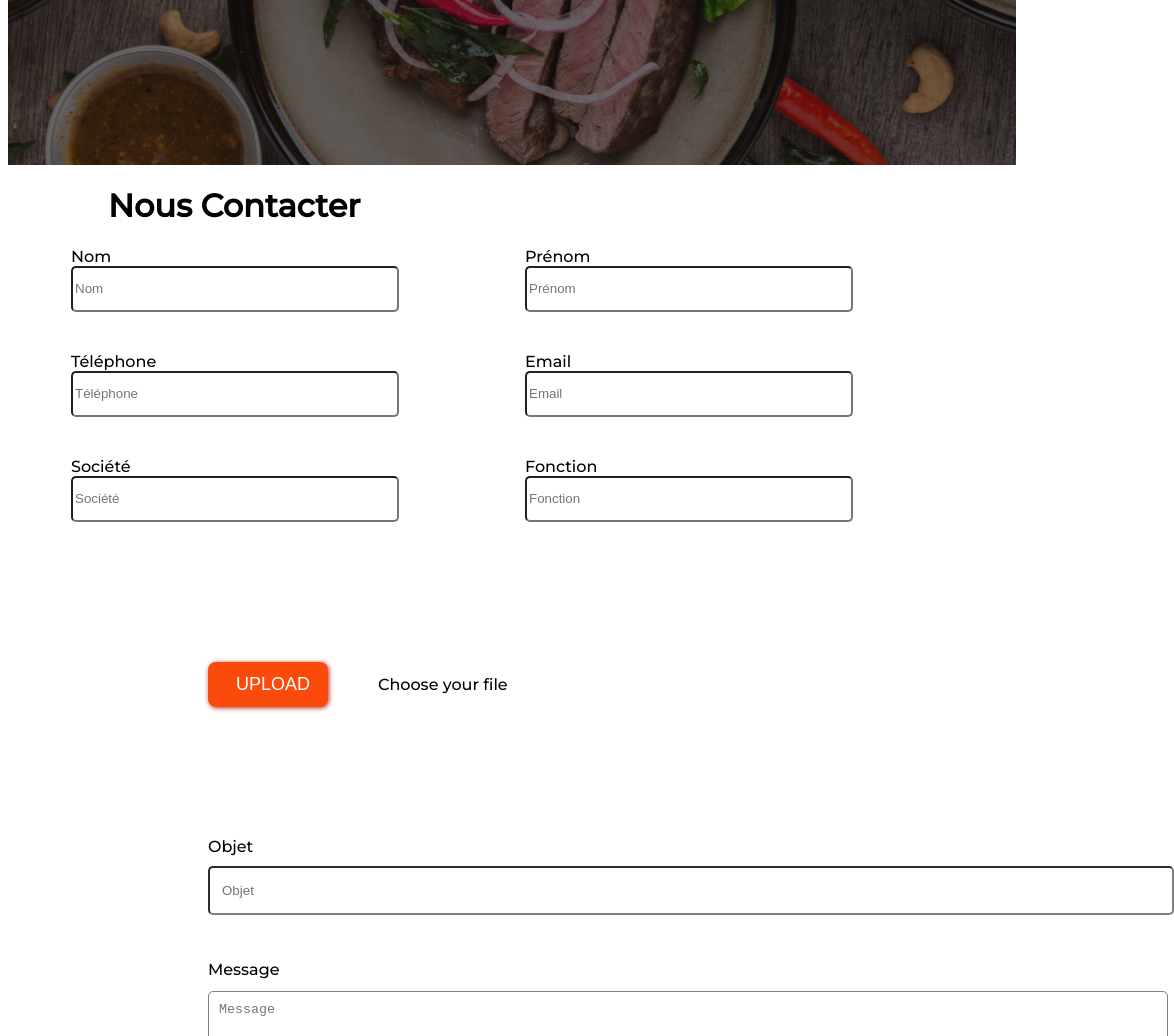
Repository: Ahlam-belhadj/bella-olange
Page: index3.html
The author's editor kept a copy of each file at every save. The page is drawn from the files as they stood at one save, then again after the next save.
The browser window is 1024 px wide. The page is 1174 px wide, then 1166 px, so the pictures cover 1174 px, including what lies to the right of the window. The pictures show the part of the page from y = 542 to 1578 px (the page is 2420 px tall before and 2291 px after).

Above is the page before, as saved 2023-02-12 21:14:12.

### index3.html
<!DOCTYPE html>
<html lang="en">

<head>
    <meta charset="UTF-8">
    <meta http-equiv="X-UA-Compatible" content="IE=edge">
    <meta name="viewport" content="width=device-width, initial-scale=1.0">
    <link rel="stylesheet" href="style3.css">
    <script src="https://www.google.com/recaptcha/api.js" async defer></script>
    <title>Bella olanje</title>
</head>

<body>
    <header>
        <nav>
            <div class="logo"><img  class="logo" src="image/logo_bella_olonje.png" alt="logo"></div>
            <ul>
                <li><a href="#" class="nav-link">Home</a></li>
                <li><a href="#" class="nav-link">Pizza</a></li>
                <li><a href="#" class="nav-link">Burgers</a></li>
                <li><a href="#" class="nav-link">Salade</a></li>
                <li><a href="#" class="nav-link">Contact</a></li>

            </ul>
            <div class="icon_navbar">
                <label for="click" class="menu-btn">
                  <i class="fas fa-bars"></i>
                </label>
            </div>
          </nav>

        <div class="title">
            <div class="texte">
                <h3>Food app</h3>
                <h1>Chez Bella <br>
                    chaque désire s'additionne.</h1>
            </div>
        </div>
    </header>
    <main>
    <div class="information">
        <form>
            <h1>Nous Contacter</h1>
            <div class="commande">
                <div class="info1">
                    <div class="label">
                        <label>Nom</label>
                        <br>
                        <input type="text" placeholder="Nom">
                    </div>
                    <div class="label">
                        <label>Prénom</label>
                        <br>
                        <input type="text" placeholder="Prénom">
                    </div>
                </div>
                <div class="info2">
                    <div class="label">
                        <label>Téléphone</label>
                        <br>
                        <input type="text" placeholder="Téléphone">
                    </div>
                    <div class="label">
                        <label>Email</label>
                        <br>
                        <input type="email" placeholder="Email">
                    </div>
                </div>
                <div class="info1">
                    <div class="label">
                        <label>Société</label>
                        <br>
                        <input type="text" placeholder="Société">
                    </div>
                    <div class="label">
                        <label>Fonction</label>
                        <br>
                        <input type="email" placeholder="Fonction">
                    </div>
                </div>

            </div>
        </form>
    </div>


    <div class="chose">
        <div class="div_button">
            <button class="button1" type="button">UPLOAD</button>
            <p>Choose your file</p>
        </div>
    </div>

    <div>
        <div class="g-recaptcha" data-sitekey="6Lff4ygkAAAAABA1RWNuq8ewgkRZaDD-yAWqFs1t"></div>
    </div>

    <div class="grp_choose">
        <div class="choose_message">
            <div class="label_choose">
                <label>Objet</label><br>
                <input type="text" placeholder="Objet">
            </div>
            <div class="label_message">
                <label>Message</label><br>
                <textarea placeholder="Message"></textarea>
            </div>
        </div>
    </div>


    <div class="maps">
        <iframe
            src="https://www.google.com/maps/embed?pb=!1m18!1m12!1m3!1d6464.54830951471!2d2.4294808287259815!3d48.785241545980085!2m3!1f0!2f0!3f0!3m2!1i1024!2i768!4f13.1!3m3!1m2!1s0x47e67344bd2d57f1%3A0x2a84a845271b523a!2sAFPA!5e0!3m2!1sfr!2sfr!4v1674668360985!5m2!1sfr!2sfr"
            width="600" height="450" style="border:0;" allowfullscreen="" loading="lazy"
            referrerpolicy="no-referrer-when-downgrade"></iframe>
    </div>


    <div class="button1">
        <button class="button">Envoyer</button>
    </div>
</main>
</body>

</html>

### style3.css
@import url('https://fonts.googleapis.com/css2?family=Montserrat:wght@100;200;500&display=swap');

body {
    font-family: Montserrat, sans-serif;
}


.logo {
    height: 80px;
}

nav {
    display: flex;
    height: 80px;
    width: 100%;
    background: white;
    align-items: center;
    justify-content: space-between;
    padding: 0 50px 0 100px;
    flex-wrap: wrap;
}

nav .logo {
    color: #fff;
    font-size: 20px;
    text-transform: uppercase;
    text-decoration: none;
}

nav a {
    color: #fff;
    text-decoration: none;
}

nav ul {
    display: flex;
    flex-wrap: wrap;
    list-style: none;

}

nav ul li {
    margin: 0 5px;
}

nav ul li a {
    color: black;
    text-decoration: none;
    font-size: 16px;
    font-weight: 500;
    padding: 8px 15px;
    border-radius: 5px;
    letter-spacing: 1px;
    transition: all 0.3s ease;
}

nav .icon_navbar {
    display: flex;
}



nav .menu-btn i {
    color: #050505;
    font-size: 22px;
    cursor: pointer;

}

input[type="checkbox"] {
    display: none;
}

@media (max-width: 1000px) {
    nav {
        padding: 0 40px 0 50px;
    }

    nav .logo {
        color: #fff;
        font-size: 16px;
        text-transform: uppercase;
    }
}

@media (max-width: 1250px) {
    nav .menu-btn i {
        display: block;
    }

    #click:checked~.menu-btn i:before {
        content: "\f00d";
    }

    nav ul {
        position: fixed;
        top: 80px;
        right: -100%;
        background: #C81100;
        height: 100vh;
        width: 60%;
        text-align: center;
        display: block;
        transition: all 0.3s ease;
    }

    #click:checked~ul {
        right: 0;
    }

    nav ul li {
        width: 100%;
        margin: 40px 0;
    }

    nav ul li a {
        width: 100%;
        display: block;
        font-size: 20px;
        transition: 0.6s cubic-bezier(0.68, -0.55, 0.265, 1.55);
    }

    #click:checked~ul li a {
        margin-left: 0px;
    }

    nav ul li a.active,
    nav ul li a:hover {
        background: none;
        color: #1E1E1E;
    }
}

.title {
    background-image: url(image/Rectangle\ 48.png);
    height: 619px;
    background-repeat: no-repeat;
    background-position: center;
    background-size: cover;



}

.texte {
    color: white;
    display: flex;
    align-items: center;
    justify-content: center;
    flex-direction: column;
    text-align: center;
    height: 50%;
}

/* header */

h1 {
    padding-left: 100px;
}


h2 {
    text-align: center;
    padding-bottom: 20px;
}

.info1 {
    display: flex;
    justify-content: space-around;
    padding-right: 100px;
}

.info2 {
    display: flex;
    justify-content: space-around;
    padding-right: 100px;
}

input {
    width: 320px;
    height: 40px;
    border-radius: 5px;
    margin-bottom: 40px;

}


.maps {
    display: flex;

    padding-left: 200px;
}

iframe {
    width: 941px;
    height: 500px;
    left: 100px;
    top: 1875px;

}


/* button */
button {
    border: 0;
    line-height: 2.5;
    width: 120px;
    padding: 0 18px;
    font-size: 18px;
    text-align: center;
    color: #fff;
    border-radius: 20px;
    background-color: #FA4A0C;
    box-shadow: 1px 1px 5px #B73227;


}

.button1 {
    display: flex;
    justify-content: end;
    margin: 50px 0px 35px 100px;
    border-radius: 8px;
}

p {
    margin-top: 63px;
    margin-left: 50px;
}

.btn {
    display: flex;
}


.div_button {
    padding: 50px 0px 35px 100px;
    display: flex;
}

/* button */


.chose {
    display: flex;
}

.grp_choose {
    padding-left: 200px;
}

.label_choose input {
    width: 938px;
    height: 35px;
    margin-bottom: 20px;
    margin-top: 10px;
    padding: 5px 12px;
    color: grey;
    border-radius: 5px;
    border-color: gray;
}

.label_message {
    padding-top: 25px;
}

textarea {
    width: 938px;
    height: 141px;
    margin-bottom: 20px;
    color: grey;
    border-color: gray;
    margin-top: 12px;
    padding: 10px 10px 80px;
    outline: none;
    border-radius: 5px;
    resize: none;
}

.g-recaptcha {
    padding-left: 200px;
    margin-bottom: 60px;
}

@media (max-width:650px) {
    .info1 {
        display: flex;
        flex-direction: column;
        padding-left: 15%;
    }

    .info2 {
        display: flex;
        flex-direction: column;
        padding-left: 15%;
    }
    .chose {

        padding-left: 20%;
      }

    .div_button {
        padding: 0px;
    }

    .g-recaptcha {
        margin-top: 40px;
        padding-left: 20%;
    }

    .grp_choose {
        /* padding-left: 0px; */
        padding-left: 15%;
    }

    .label_choose input {
        width: 300px;
    }

    textarea {
        width: 300px;
    }

    .maps {
        padding-left: 0px;
    }

    iframe {
        width: 400px;
        height: 200px;
        top: 1875px;
        padding-left: 10%;

    }

    .button1 {

        justify-content: center;
        margin: 50px 0px 0px 0px;

      }
}

@media screen and (min-width:651px) and (max-width:1199px) {




}

After the next save:
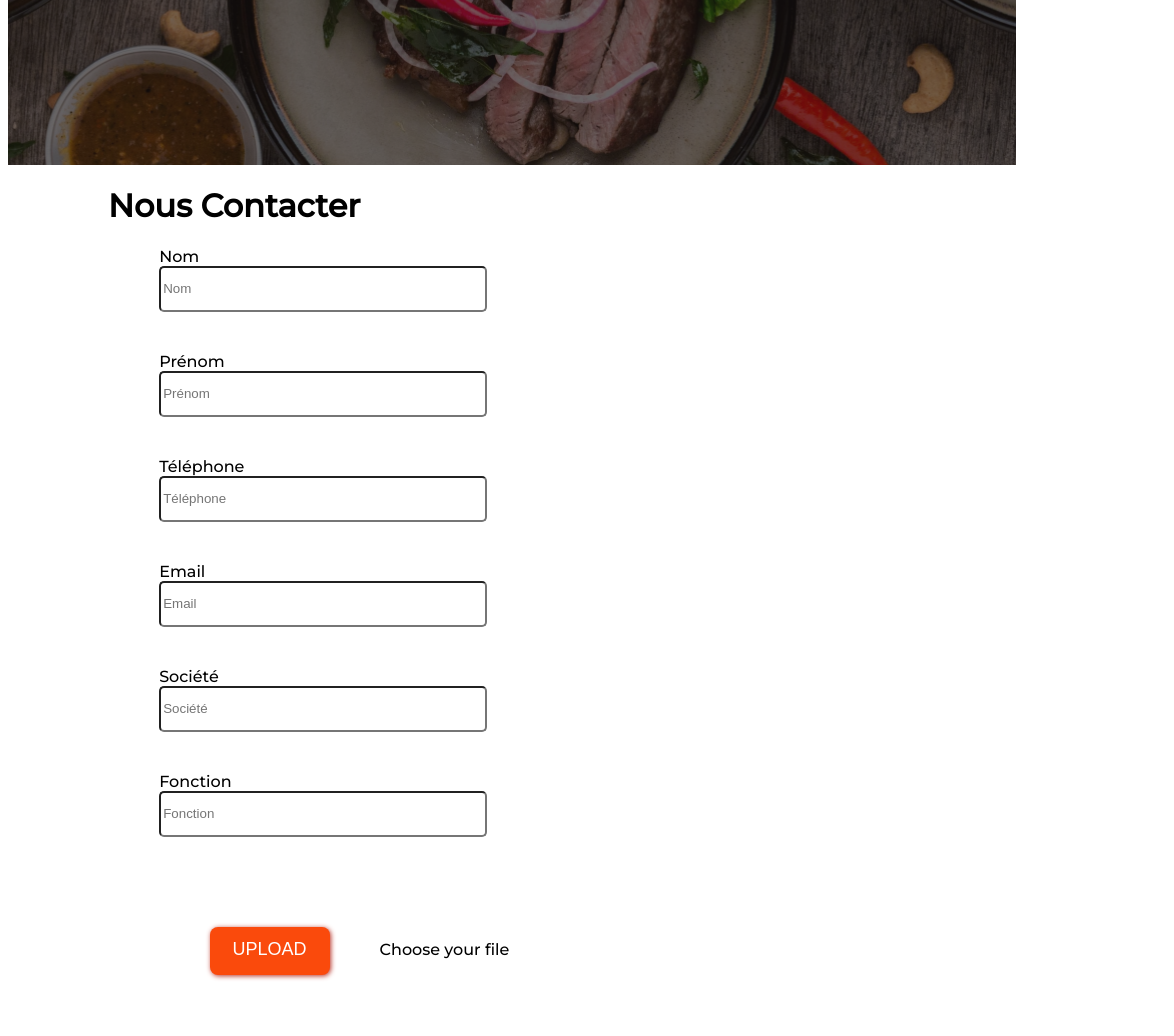
Saved 7 s later.
--- a/style3.css
+++ b/style3.css
@@ -342,8 +342,63 @@ textarea {
 }
 
 @media screen and (min-width:651px) and (max-width:1199px) {
-
-
-
-
-}
+    .info1 {
+        display: flex;
+        flex-direction: column;
+        padding-left: 15%;
+    }
+
+    .info2 {
+        display: flex;
+        flex-direction: column;
+        padding-left: 15%;
+    }
+    .chose {
+
+        padding-left: 20%;
+      }
+
+    .div_button {
+        padding: 0px;
+    }
+
+    .g-recaptcha {
+        margin-top: 40px;
+        padding-left: 20%;
+    }
+
+    .grp_choose {
+        /* padding-left: 0px; */
+        padding-left: 15%;
+    }
+
+    .label_choose input {
+        width: 300px;
+    }
+
+    textarea {
+        width: 300px;
+    }
+
+    .maps {
+        padding-left: 0px;
+    }
+
+    iframe {
+        width: 400px;
+        height: 200px;
+        top: 1875px;
+        padding-left: 10%;
+
+    }
+
+    .button1 {
+
+        justify-content: center;
+        margin: 50px 0px 0px 0px;
+
+      }
+
+
+
+}
